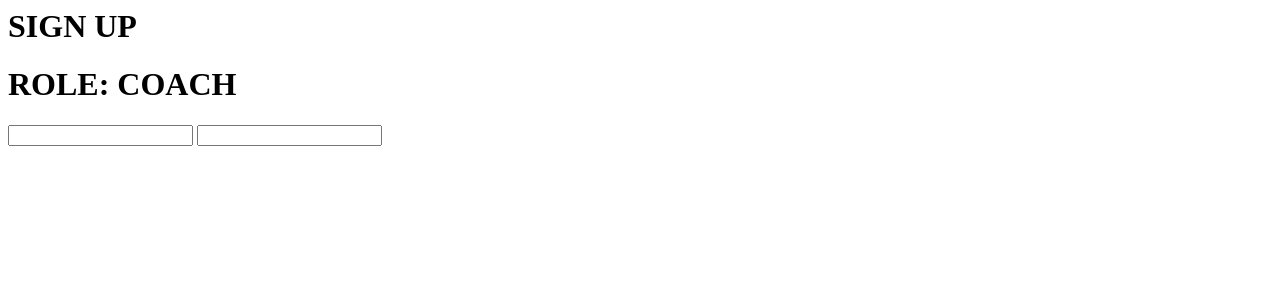
Repository: Aryaholmukhe/treasureHacks
Page: signup/coach.html
An editor plug-in stored every save of this project. The page is shown before and after the next save, followed by the edit.
The browser window is 1280 px wide. The pictures show the whole page.

Above is the page before, as saved 2022-03-26 12:48:24.

After the next save:
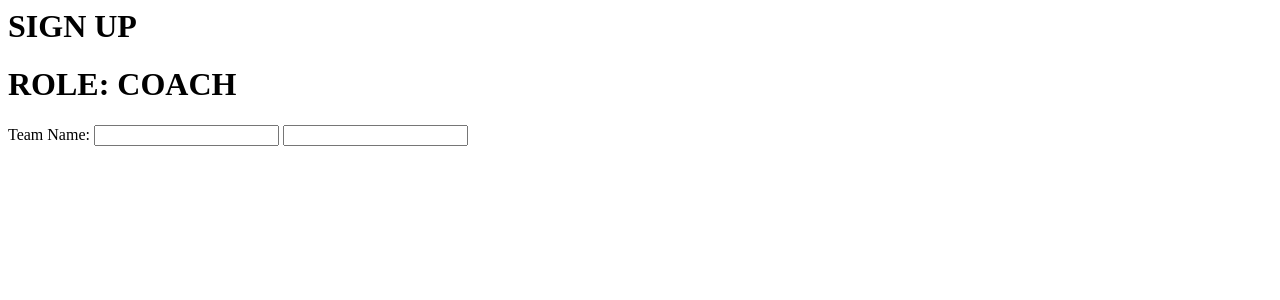
Saved 32 s later.
--- a/signup/coach.html
+++ b/signup/coach.html
@@ -13,7 +13,7 @@
     <h1>ROLE: COACH</h1>
 
     <form>
-        <label></label>
+        <label>Team Name: </label>
         <input>
 
         <label></label>
